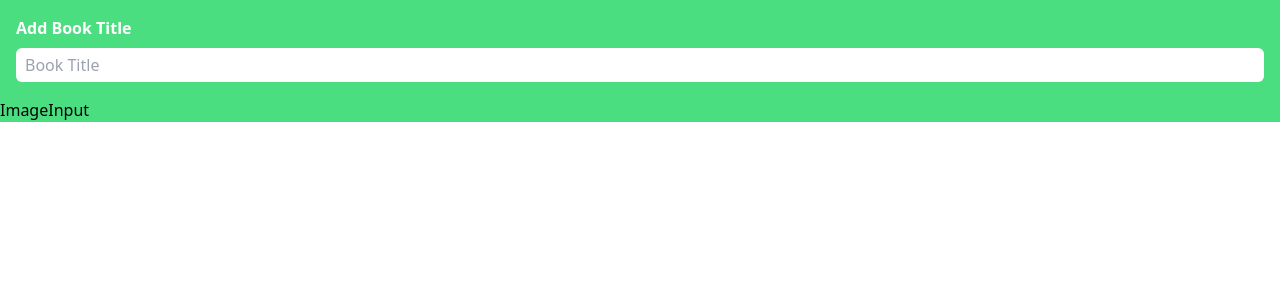
Repository: Marhamat92/booksappwithcontext
Page: /
These files come from the project's save history. The page is drawn as it stood at one moment and after the next save; the edit follows.
The browser window is 1280 px wide. The pictures show the whole page.
The project was rebuilt for these pictures with package versions that can differ from the ones it lists, and the page was loaded fresh each time. Also part of the build but not shown: src/App.css.

Above is the page before, as saved 2022-12-07 14:11:55.

After the next save:
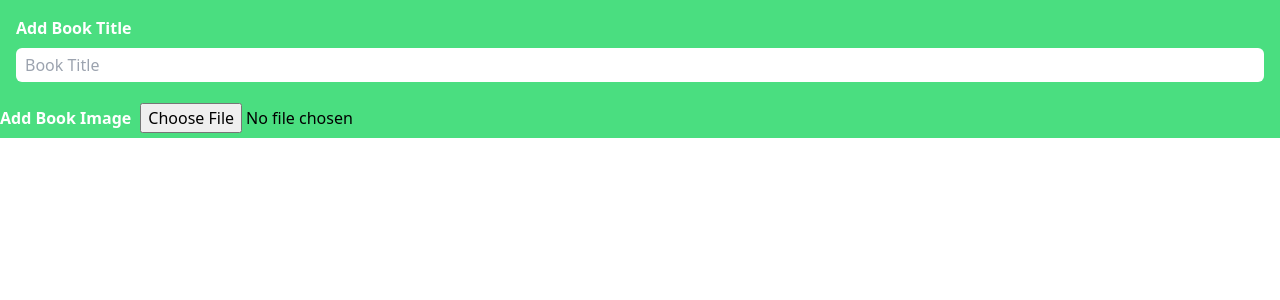
Saved 64 s later.
--- a/src/components/Inputs/ImageInput.tsx
+++ b/src/components/Inputs/ImageInput.tsx
@@ -3,7 +3,19 @@ import React from "react";
 type Props = {};
 
 function ImageInput({}: Props) {
-  return <div>ImageInput</div>;
+  return (
+    <div>
+      <label className='text-white font-bold mb-2' htmlFor='image'>
+        Add Book Image
+      </label>
+      <input
+        className='pl-2 py-1 border border-transparent rounded-md focus-within:ring-2 focus-within:ring-green-400 focus-within:border-transparent focus:outline-none'
+        type='file'
+        name='image'
+        id='image'
+      />
+    </div>
+  );
 }
 
 export default ImageInput;
